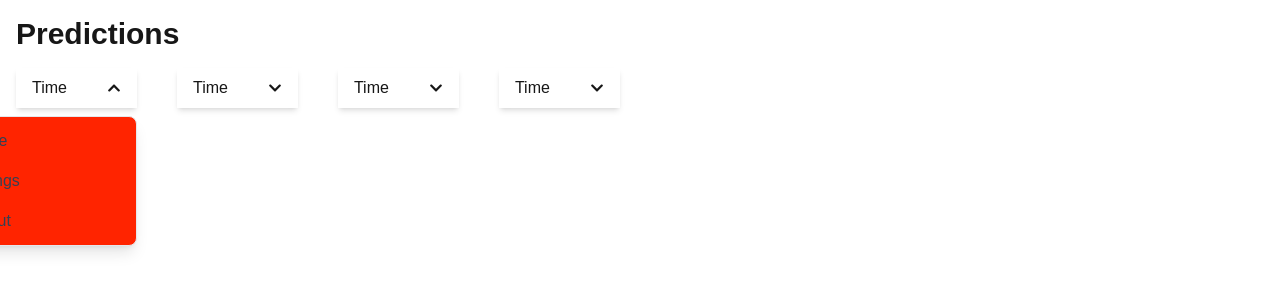
Repository: prototypedave/AlgoFooty
Page: /sure (app in frontend/algo-footy/), after clicking the first element matching `button.flex`
The author's editor kept a copy of each file at every save. The page is drawn from the files as they stood at one save, then again after the next save.
The browser window is 1280 px wide. The pictures show the whole page.
The page's requests for data from a server got no answer. The project was rebuilt for these pictures with package versions that can differ from the ones it lists, and the page was loaded fresh each time. The framework's server and built-in components were replaced by stand-ins that run in the browser. No one was signed in, and anything a server would have sent is missing. Also part of the build but not shown: frontend/algo-footy/next.config.ts.

Above is the page before, as saved 2025-11-03 07:11:10.

### frontend/algo-footy/app/sure/page.tsx
"use client";
import { useEffect, useState } from "react";
import Link from "next/link";
import { IoMdFootball } from "react-icons/io";
import { usePathname } from "next/navigation";
import Dropdown from "@/components/dropdown";
import { MatchData, Match } from "@/data/mock";
import Image from 'next/image';

interface LocalTimeFromNYProps {
  date: string; // ISO string like "2025-11-02T07:30:00"
}

const LocalTimeFromNY: React.FC<LocalTimeFromNYProps> = ({ date }) => {
  const nyTime = new Date(date);

  const localTime = new Intl.DateTimeFormat('en-US', {
    timeZone: 'America/New_York',
    hour: '2-digit',
    minute: '2-digit',
    hour12: false, // 24-hour format
  }).format(nyTime);

  return <div>{localTime}</div>;
};


export default function Predictions() {
    const [data, setData] = useState<MatchData>({});
    const [filtered, setFiltered] = useState<Match[]>([]);
    const [loading, setLoading] = useState(true);

    const [timeFilter, setTimeFilter] = useState("All");
    const [countryFilter, setCountryFilter] = useState("All");
    const [leagueFilter, setLeagueFilter] = useState("All");
    const [marketFilter, setMarketFilter] = useState("All");
    const pathname = usePathname();

    useEffect(() => {
    async function fetchData() {
      try {
        const res = await fetch('api/vip');
        const json: MatchData = await res.json();
        setData(json);
        setLoading(false);
      } catch (err) {
        console.error("Error fetching data:", err);
        setLoading(false);
      }
    }
        fetchData();
    }, []);

    useEffect(() => {
  if (!data || Object.keys(data).length === 0) return;

  const matches = Object.values(data);
  const now = new Date();

  const filteredMatches = matches
    .filter((match) => {
      const matchTime = new Date(match.date);

      if (timeFilter !== "All") {
        const hours = parseInt(timeFilter.match(/\d+/)?.[0] || "0");
        const cutoff = new Date(now.getTime() + hours * 60 * 60 * 1000);
        if (matchTime > cutoff) return false;
      }

      if (countryFilter !== "All" && match.country !== countryFilter) return false;
      if (leagueFilter !== "All" && match.league !== leagueFilter) return false;
      if (marketFilter !== "All" && match.prediction !== marketFilter) return false;

      return true;
    })
    .sort((a, b) => new Date(a.date).getTime() - new Date(b.date).getTime());

  setFiltered(filteredMatches);
}, [data, timeFilter, countryFilter, leagueFilter, marketFilter]);


    if (loading) return <p className="text-white p-4">Loading...</p>;

    const allMatches = Object.values(data);
    const countries = ["All", ...new Set(allMatches.map((m) => m.country))];
    const leagues = ["All", ...new Set(allMatches.map((m) => m.league))];
    const markets = ["All", ...new Set(allMatches.map((m) => m.prediction))];

    return (
        <div className="flex flex-col p-4 gap-4 w-full">
            <h1 className="text-3xl font-bold">Predictions</h1>
            <div className="hidden lg:flex lg:gap-10 w-full">
                    <Dropdown
                        label="Time"
                        options={["Next 1hr", "Next 3hrs", "Next 6hrs", "Next 12hrs", "All"]}
                        onSelect={setTimeFilter}
                    />
                    <Dropdown label="Country" options={countries} onSelect={setCountryFilter} />
                    <Dropdown label="League" options={leagues} onSelect={setLeagueFilter} />
                    <Dropdown label="Market" options={markets} onSelect={setMarketFilter} />
            </div>
            <div className="hidden lg:flex lg:w-full lg:overflow-y-auto">
                <ol className="flex flex-col w-full gap-4 pr-2">
                    {filtered.map((match, index) => (
                        <li key={index} className="flex bg-gradient-to-r from-[#001730] to-[#004080] w-full items-center shadow-lg p-2 h-16">
                            <div className="flex gap-4">
                                <div className="flex gap-6 w-56">
                                    <Image
                                        className="h-7 w-7"
                                        src={match.hicon}
                                        width={200}
                                        height={200}
                                        alt="Picture of the author"
                                    />
                                    <p>{match.home}</p>
                                </div>
                                <p className="w-14">vs</p>
                                <div className="flex gap-6 w-56">
                                    <p>{match.away}</p>
                                    <Image
                                        className="h-7 w-7"
                                        src={match.aicon}
                                        width={200}
                                        height={200}
                                        alt="Picture of the author"
                                    />
                                </div>
                            </div>
                            <div className="font-semibold w-28">
                                {new Date(match.date).toLocaleString([], {
                                    hour: '2-digit',
                                    minute: '2-digit',
                                    hour12: false,
                                })}
                            </div>
                            <div className="font-semibold w-28">{match.prediction}</div>
                            <div className="font-semibold w-28">{match.odds}</div>
                            <div className="font-semibold w-28">{Math.round(match.probability * 100)}%</div>
                        </li>
                    ))}
                </ol>
            </div>
            <div className="flex flex-col w-full gap-4 lg:hidden">
                {filtered.map((match, index) => {
                    const date = new Date(match.date);
                    const formattedDate = date.toLocaleDateString("en-US", {
                        month: "short",
                        day: "numeric",
                    });
                    return (
                        <li key={index} className="flex flex-col bg-gradient-to-r from-[#001730] to-[#004080] w-full shadow-lg p-2 h-32">
                            <div className="flex text-sm justify-between">
                                <p className="left-0 text-gray-400">{formattedDate}, {new Date(match.date).toLocaleString([], {
                                    hour: '2-digit',
                                    minute: '2-digit',
                                    hour12: false,
                                })}</p>

                            </div>
                            <div className="flex pt-4 gap-4 justify-between items-center">
                                 <div className="flex justify-between items-center font-bold">
                                    <Image
                                        className="h-10 w-10 pr-2"
                                        src={match.hicon}
                                        width={500}
                                        height={500}
                                        alt="home icon"
                                    />
                                    <p>{match.home}</p>
                                </div>
                                <p className="">vs</p>
                                <div className="flex justify-between items-center justify-center font-bold">
                                    <p>{match.away}</p>
                                    <Image
                                        className="h-10 w-10 pl-2"
                                        src={match.aicon}
                                        width={500}
                                        height={500}
                                        alt="away icon"
                                    />
                                </div>
                            </div>
			                <div className="flex pt-4 text-sm justify-between text-gray-300 font-semibold">
                                <p>Pick: <span className="text-orange-red">{match.prediction}</span></p>
                                <p>Odds: <span>{match.odds}</span></p>
                                <p>Chance: <span> {Math.round(match.probability * 100)}%</span></p>

                            </div>
                        </li>
                    );
                })}
            </div>
        </div>
    );
}

### frontend/algo-footy/app/globals.css
@import "tailwindcss";

:root {
  --background: #ffffff;
  --foreground: #171717;
}

@theme inline {
  --color-background: var(--background);
  --color-foreground: var(--foreground);
  --font-sans: var(--font-geist-sans);
  --font-mono: var(--font-geist-mono);
}

@theme {
  --color-oxford-blue: #002147;
  --color-orange-red: #FF2400;
}

@media (prefers-color-scheme: dark) {
  :root {
    --background: #0a0a0a;
    --foreground: #ededed;
  }
}

body {
  background: var(--background);
  color: var(--foreground);
  font-family: Arial, Helvetica, sans-serif;
}

### frontend/algo-footy/components/dropdown.tsx
"use client";
import { useState } from "react";
import { FaChevronDown, FaChevronUp } from "react-icons/fa";

export default function DropdownButton() {
  const [open, setOpen] = useState(false);

  return (
    <div className="relative inline-block text-left">
      {/* Button */}
      <button
        onClick={() => setOpen(!open)}
        className="flex items-center justify-between gap-10 text-white-500 px-4 py-2 shadow-md hover:text-orange-red transition"
      >
        Time
        {open ? (
          <FaChevronUp className="text-sm" />
        ) : (
          <FaChevronDown className="text-sm" />
        )}
      </button>

      {/* Dropdown Menu */}
      {open && (
        <div className="absolute right-0 mt-2 w-48 bg-orange-red border border-gray-200 rounded-lg shadow-lg z-10">
          <ul className="py-1">
            <li>
              <a
                href="#profile"
                className="block px-4 py-2 text-gray-700 hover:bg-gray-100"
              >
                Profile
              </a>
            </li>
            <li>
              <a
                href="#settings"
                className="block px-4 py-2 text-gray-700 hover:bg-gray-100"
              >
                Settings
              </a>
            </li>
            <li>
              <a
                href="#logout"
                className="block px-4 py-2 text-gray-700 hover:bg-gray-100"
              >
                Logout
              </a>
            </li>
          </ul>
        </div>
      )}
    </div>
  );
}

Loaded but not shown: frontend/algo-footy/app/layout.tsx (common file)

After the next save:
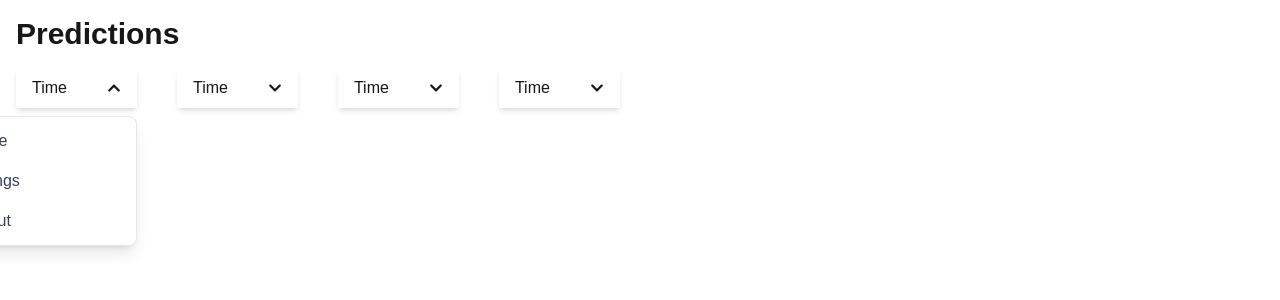
Saved 39 s later.
--- a/frontend/algo-footy/components/dropdown.tsx
+++ b/frontend/algo-footy/components/dropdown.tsx
@@ -22,7 +22,7 @@ export default function DropdownButton() {
 
       {/* Dropdown Menu */}
       {open && (
-        <div className="absolute right-0 mt-2 w-48 bg-orange-red border border-gray-200 rounded-lg shadow-lg z-10">
+        <div className="absolute right-0 mt-2 w-48 border border-gray-200 rounded-lg shadow-lg z-10">
           <ul className="py-1">
             <li>
               <a
